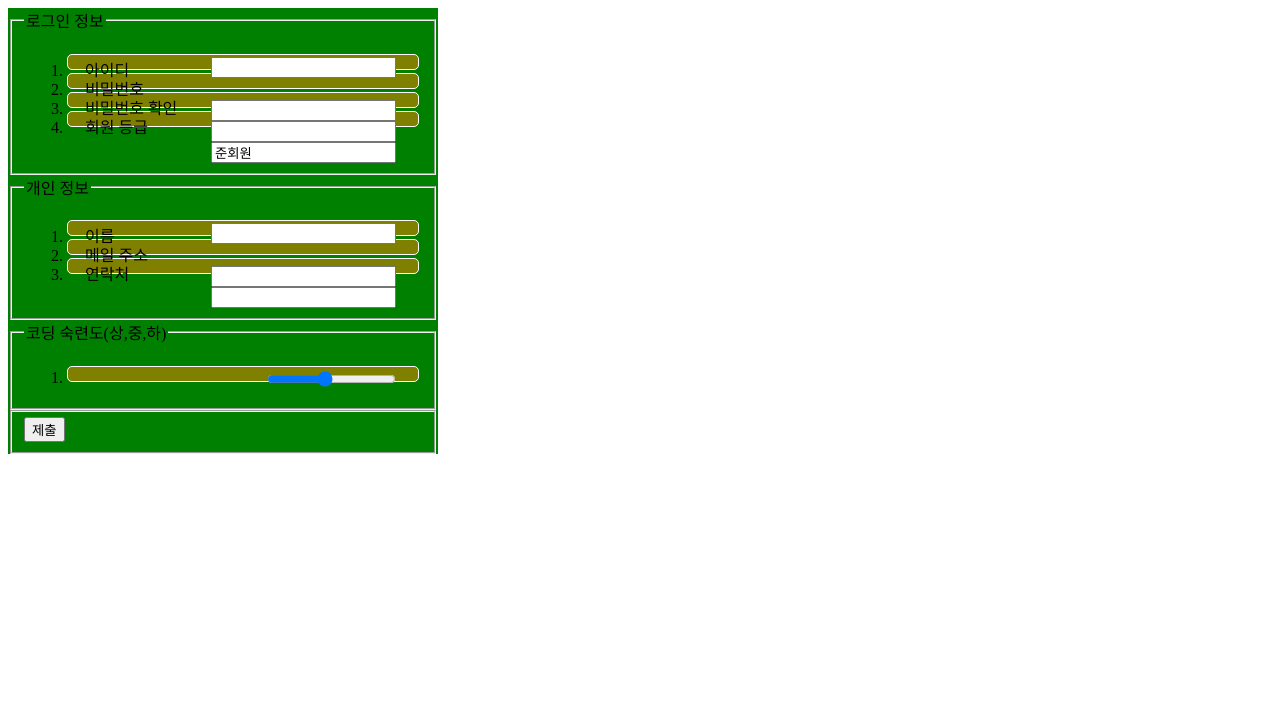
Repository: giwon8701/Qclass_KH
Page: Workspace_Java/testWebProject/test.html
An editor plug-in stored every save of this project. The page is shown before and after the next save, followed by the edit.
The browser window is 1280 px wide. The pictures show the whole page.

Above is the page before, as saved 2021-01-11 02:28:29.

After the next save:
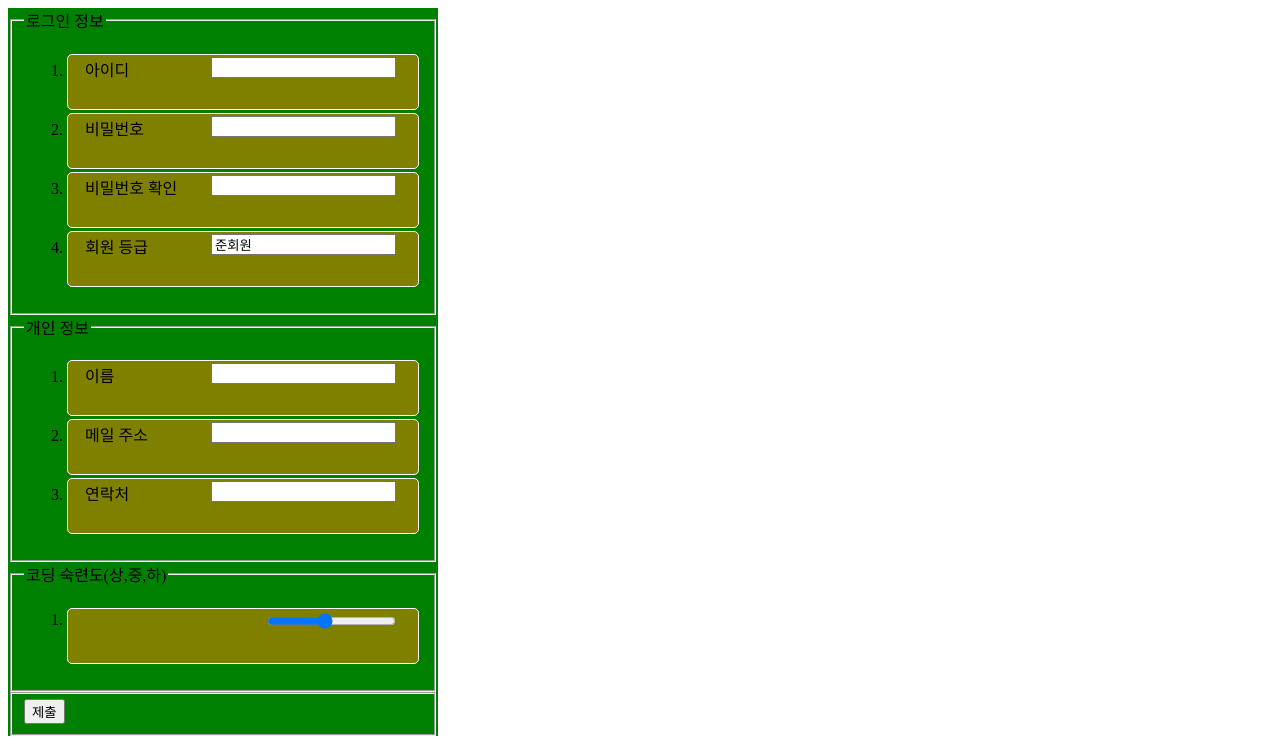
Saved 5 s later.
--- a/Workspace_Java/testWebProject/test_css.css
+++ b/Workspace_Java/testWebProject/test_css.css
@@ -7,7 +7,7 @@
 	border-width: thin;
 	border-color: white;
 	border-radius: 5px;
-	height: 10px;
+	height: 50px;
 	margin: 3px;
 	padding: 2px;
 	background: olive;
